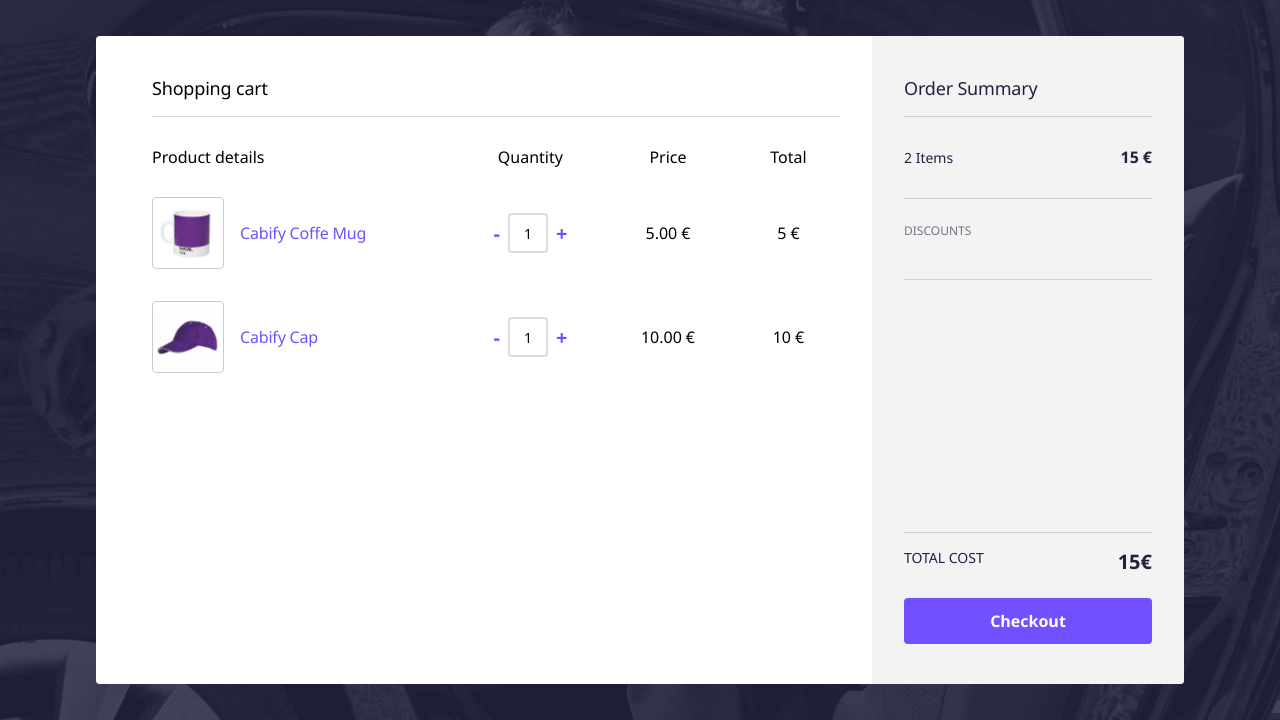
Repository: banchiec/challengecbfy
Page: /
An editor plug-in stored every save of this project. The page is shown before and after the next save, followed by the edit.
The browser window is 1280 px wide. The pictures show the whole page.
Some web fonts or font styles are not loaded; a fallback is used. The project was rebuilt for these pictures with package versions that can differ from the ones it lists, and the page was loaded fresh each time. Also part of the build but not shown: craco.config.js.

Above is the page before, as saved 2021-12-08 18:47:47.

After the next save:
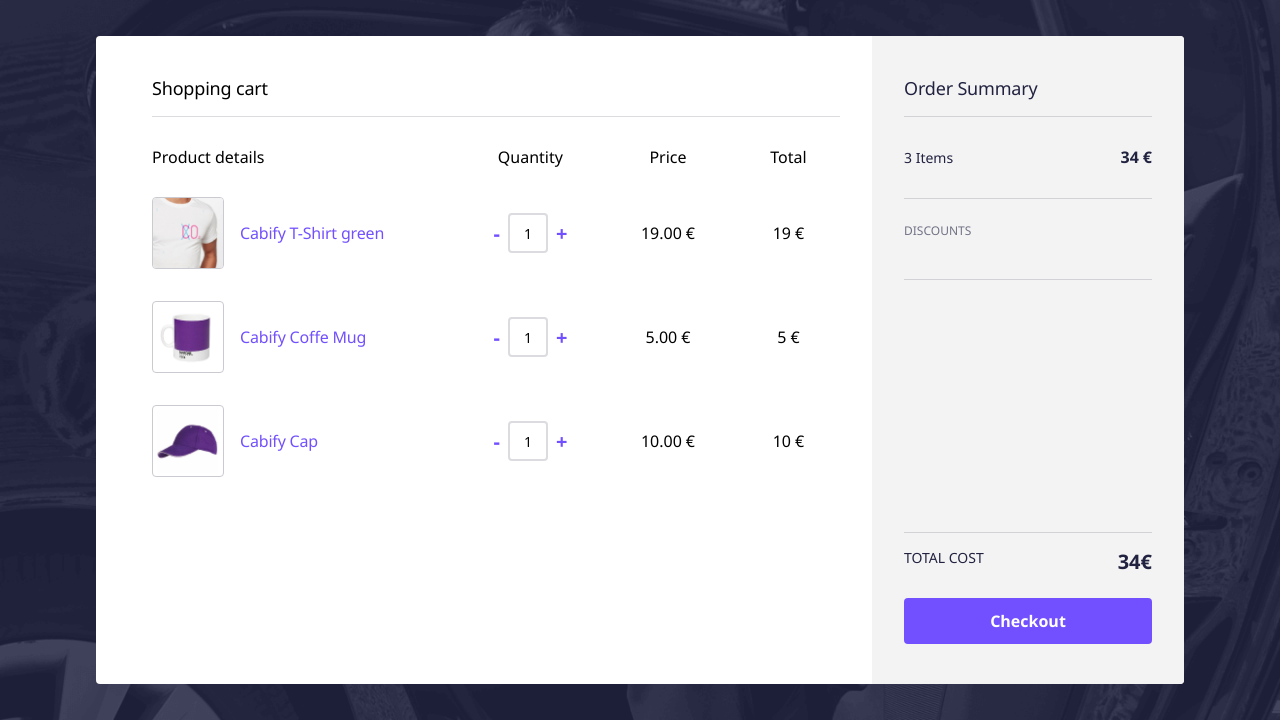
Saved 38 s later.
--- a/src/helpers/checkout.js
+++ b/src/helpers/checkout.js
@@ -5,7 +5,7 @@
         this.cartItems = []
     }
     init() {
-        this.scan('T-SHIRT')
+        this.scan('TSHIRT')
         this.scan('MUG')
         this.scan('CAP')
     }
